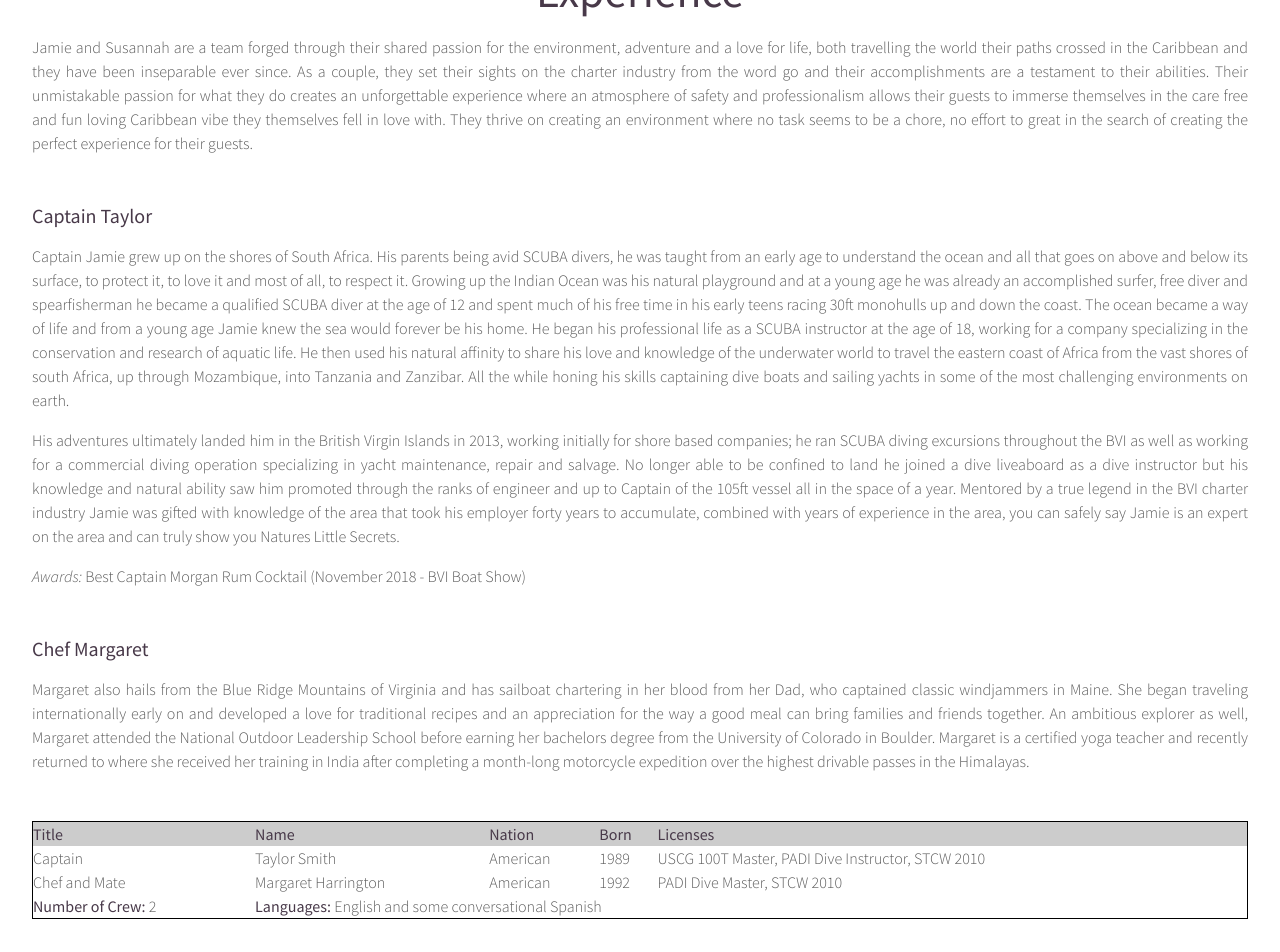
Repository: islandhoppin/website_production
Page: Crew.html
The author's editor kept a record of every edit. The page is drawn from the files as they stood at one moment, then again after the next edit.
The browser window is 1280 px wide. The pictures show the part of the page from y = 1837 to 2789 px (the page is 4598 px tall before and 4350 px after).
A picture or video elsewhere on the page could not be fetched, so the positions and the page height are approximate. Some web fonts or font styles are not loaded; a fallback is used.

Above is the page before.

After the next edit:
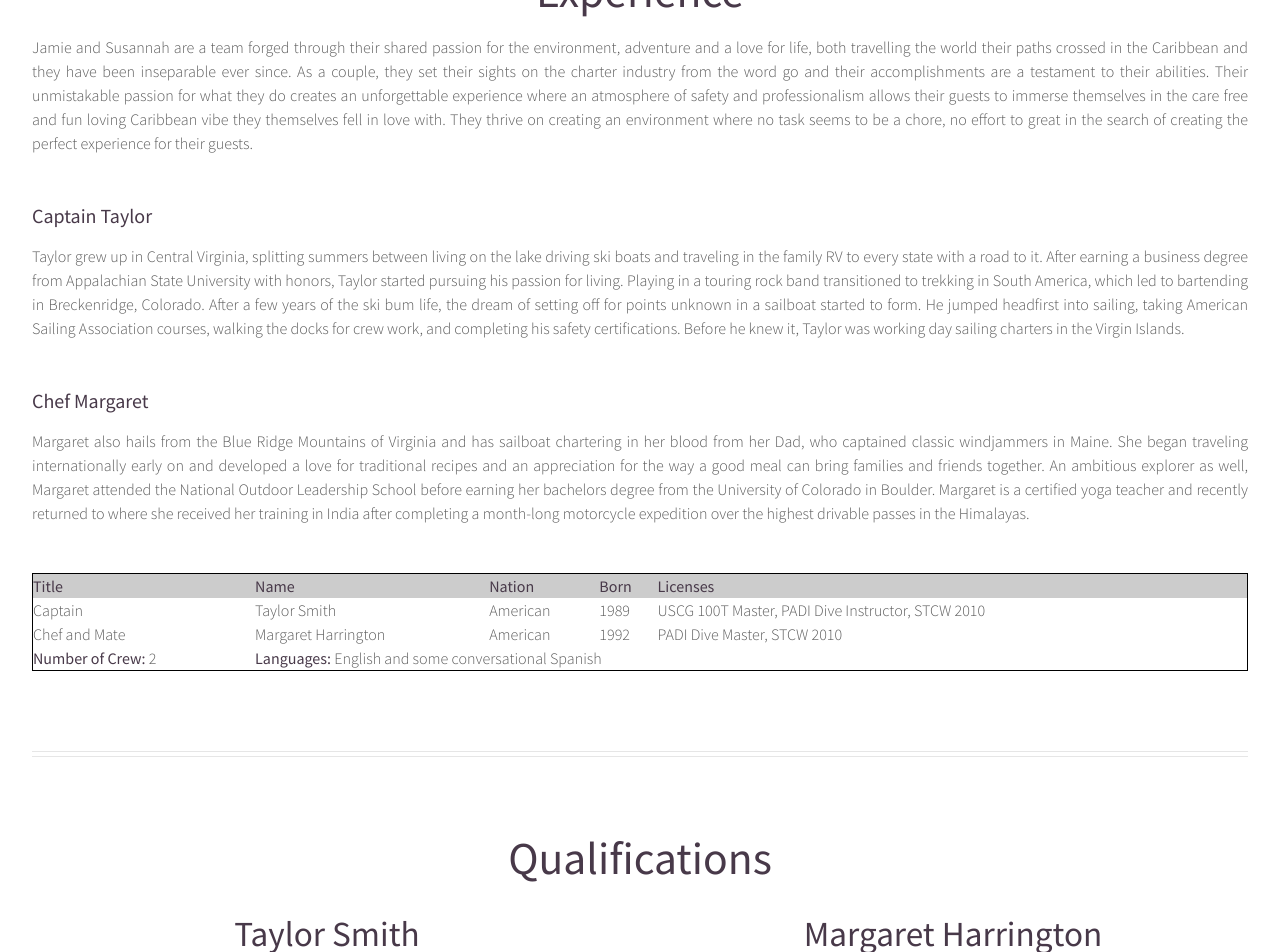
The edit:
--- a/Crew.html
+++ b/Crew.html
@@ -129,30 +129,12 @@
 										<h3>Captain Taylor</h3>
 									</header>
 									<p>
-										Captain Jamie grew up on the shores of South Africa. His parents being avid SCUBA divers, he was taught from an early
-										age to understand the ocean and all that goes on above and below its surface, to protect it, to love it and most of all,
-										to respect it. Growing up the Indian Ocean was his natural playground and at a young age he was already an accomplished surfer,
-										free diver and spearfisherman he became a qualified SCUBA diver at the age of 12 and spent much of his free time in his early
-										teens racing 30ft monohulls up and down the coast. The ocean became a way of life and from a young age Jamie knew the sea would
-										forever be his home. He began his professional life as a SCUBA instructor at the age of 18, working for a company specializing
-										in the conservation and research of aquatic life. He then used his natural affinity to share his love and knowledge of the
-										underwater world to travel the eastern coast of Africa from the vast shores of south Africa, up through Mozambique, into
-										Tanzania and Zanzibar. All the while honing his skills captaining dive boats and sailing yachts in some of the most challenging
-										environments on earth.
-									</p>
-									<p>
-										His adventures ultimately landed him in the British Virgin Islands in 2013, working initially for shore
-										based companies; he ran SCUBA diving excursions throughout the BVI as well as working for a commercial diving operation
-										specializing in yacht maintenance, repair and salvage. No longer able to be confined to land he joined a dive liveaboard as a
-										dive instructor but his knowledge and natural ability saw him promoted through the ranks of engineer and up to Captain of the
-										105ft vessel all in the space of a year. Mentored by a true legend in the BVI charter industry Jamie was gifted with knowledge
-										of the area that took his employer forty years to accumulate, combined with years of experience in the area, you can safely say
-										Jamie is an expert on the area and can truly show you Natures Little Secrets.
-									</p>
-
-									<p>
-										<i>Awards: </i> Best Captain Morgan Rum Cocktail (November 2018 - BVI Boat Show)
-
+										Taylor grew up in Central Virginia, splitting summers between living on the lake driving ski boats and traveling in the family RV to every state with a road to it.
+										After earning a business degree from Appalachian State University with honors, Taylor started pursuing his passion for living.
+										Playing in a touring rock band transitioned to trekking in South America, which led to bartending in Breckenridge, Colorado.
+										After a few years of the ski bum life, the dream of setting off for points unknown in a sailboat started to form.
+										He jumped headfirst into sailing, taking American Sailing Association courses, walking the docks for crew work, and completing his safety certifications.
+										Before he knew it, Taylor was working day sailing charters in the Virgin Islands.
 									</p>
 								</section>
 								<section>
